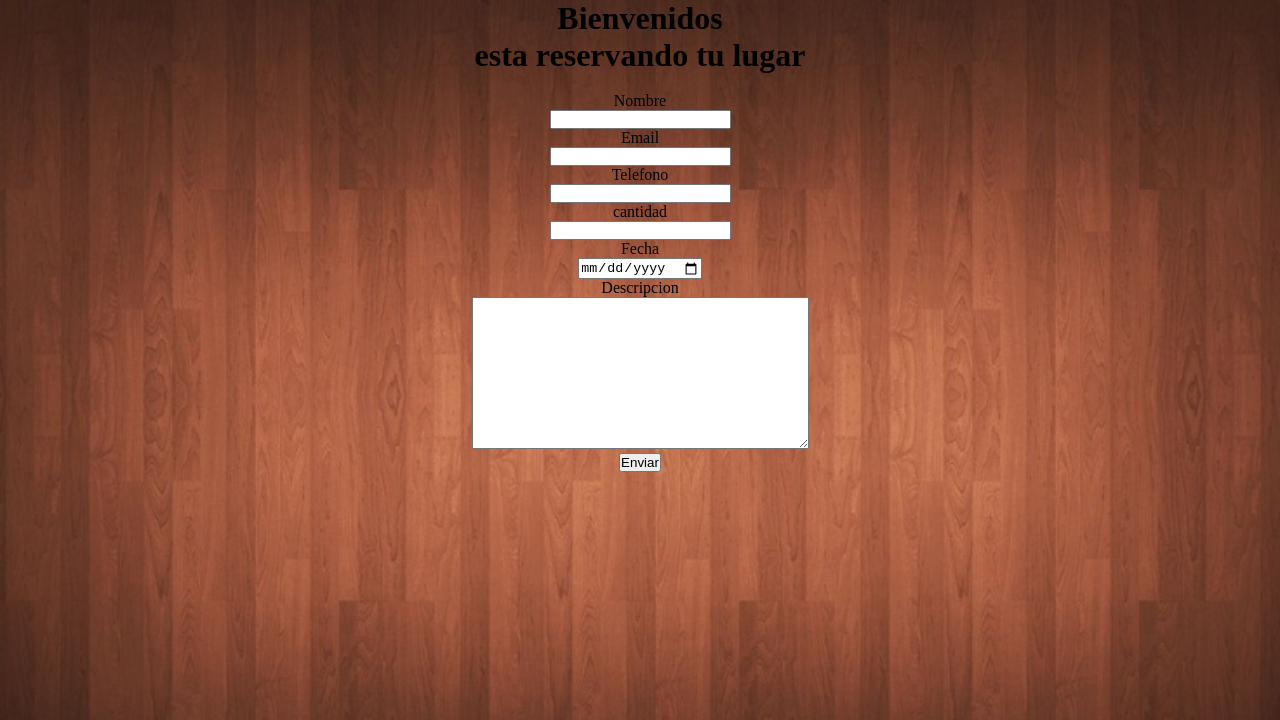
Repository: ye909/aplicacion_restaurante
Page: public/templeis/reserva.html
The author's editor kept a copy of each file at every save. The page is drawn from the files as they stood at one save, then again after the next save.
The browser window is 1280 px wide. The pictures show the whole page.

Above is the page before, as saved 2024-10-30 22:40:36.

After the next save:
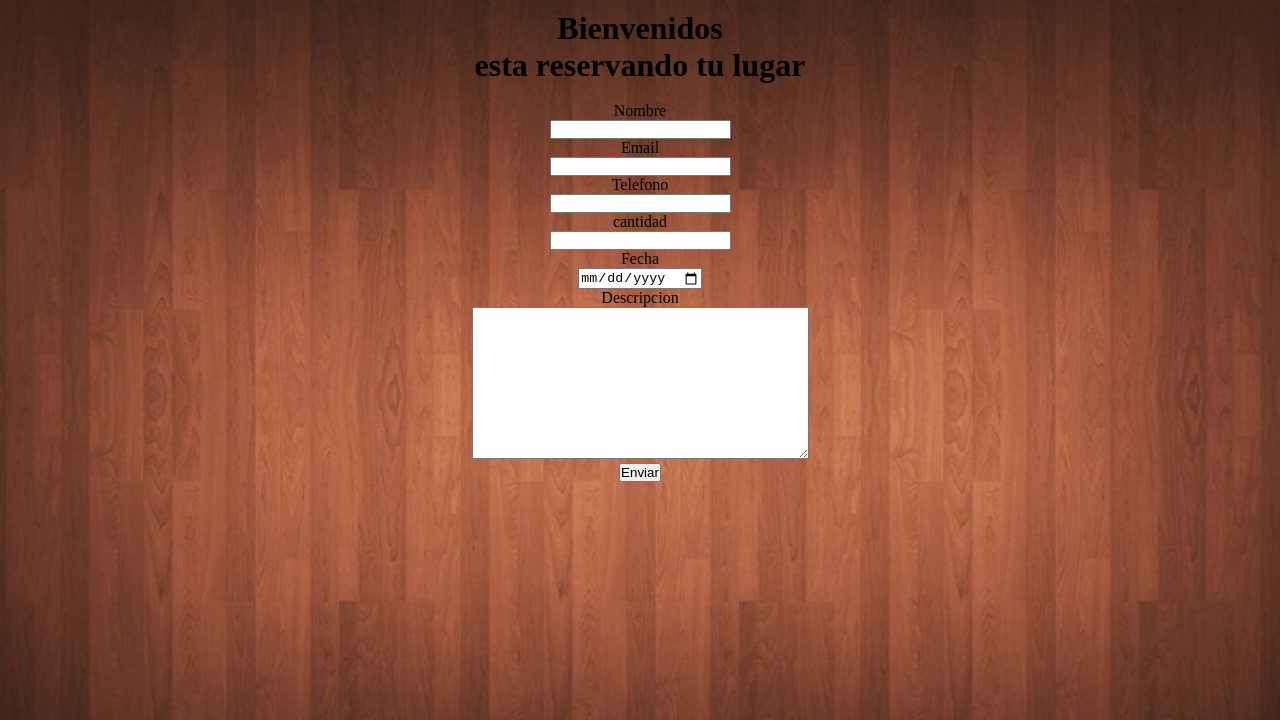
Saved 6 s later.
--- a/public/css/reserva.css
+++ b/public/css/reserva.css
@@ -13,7 +13,7 @@
 }
 .container_rererva{
   text-align: center;
-  10px
+  padding: 10px;
 }
 /* .container_fondo{
 
